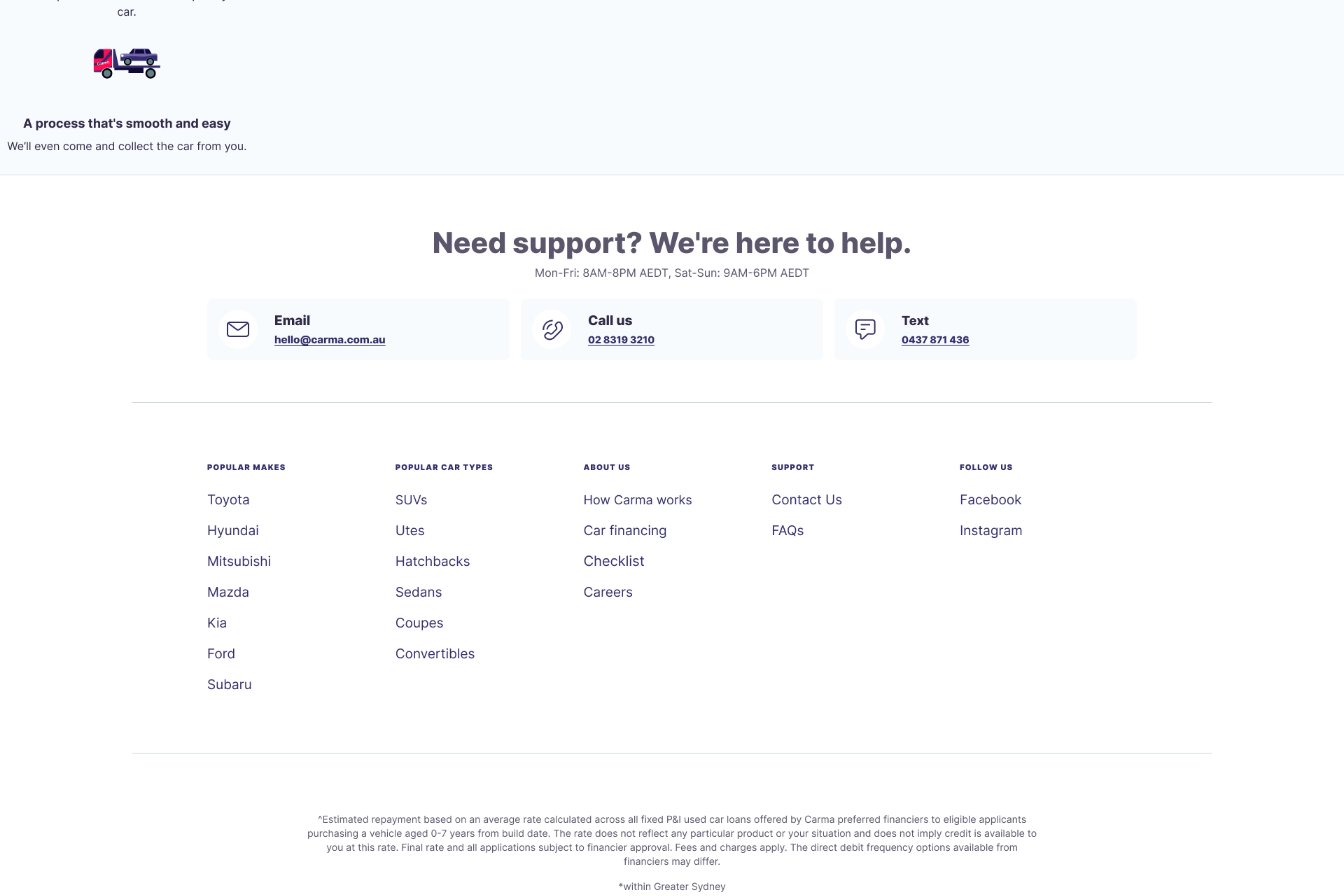
Repository: KHANas02/project
Page: index.html
These files come from the project's save history. The page is drawn as it stood at one moment and after a run of saves; the edit follows.
The browser window is 1280 px wide. The page is 1920 px wide, then 1280 px, so the pictures cover 1920 px, including what lies to the right of the window. The pictures show the part of the page from y = 898 to 2178 px (the page is 2323 px tall before and 1933 px after), at 70% of full size.

Above is the page before, as saved 2024-03-31 21:30:06.

### index.html
<!DOCTYPE html>
<html lang="en">
  <head>
    <meta charset="UTF-8" />
    <meta name="viewport" content="width=device-width, initial-scale=1.0" />
    <title>by_me</title>
  </head>
  <link rel="stylesheet" href="./style.css" />
  <link rel="stylesheet" href="./media.css" />
  <body>
    <div class="div1">
      <div class="section1">
        <div class="section1text">
          <b
            >Sell or trade in your <br />
            car with us</b
          >
          <br />
          <br />

          <img src="Section.png" alt="" class="section1photo" />
        </div>
      </div>
    </div>
    <div class="seciton2">
      <div class="seciton2img1">
        <img src="div img1.png" alt="" />
      </div>
      <div class="seciton2img2">
        <img src="div (2).png" alt="" class="section2img2" />
      </div>
      <div class="seciton2img3">
        <img src="div (3).png" alt="" />
      </div>
    </div>

<div class="footer">
  <img src="Footer.png" alt="" class="footer1">
</div>

  </body>
</html>

### style.css
.section1 {
  width: 100%;
  height: 500px;
  background-image: url(https://s3-alpha-sig.figma.com/img/86fe/255f/e03f2da3b25937c8cb1c2a74028eb3ad?Expires=1712534400&Key-Pair-Id=APKAQ4GOSFWCVNEHN3O4&Signature=pn~z3YThs1wl5Y0Wfhk~03bT84deIkKZy~~ViNb8p7GILtPJxnwJ3nbUUL65ldgiivaH30h7trtS2bEDOwae8yvul9GAZ-YMWeTW7EMM~Ei84BmvK2UWqeqftqZm0PMWPqpVA1lGNVhbxGvyrhY1iEYltm7p5t9OfBln-ZTisd6695e97gCmaWRLMnVwUO5fQ3CYvWKElSl3uRAL2laEn7uDtpQqVEruZXj8KgVYJyjMAWXe~4EXdGHynypWnZdDh958Cdy4LaHzdezNt~HSDZKrSe6S-PqvEwvXFK1EjV-My8TTX0KLEncR6UDPFA5N1mDHXqqrj2ecqQoQMWxfog__);
  background-repeat: no-repeat;
  background-size: cover;
  margin: 0 auto;
}
.section1text {
  font-family: Inter;
  font-size: 30px;
  font-weight: 700;
  line-height: 40px;
  text-align: center;
  color: aliceblue;
  position: relative;
  top: 60px;
}

.section1photo {
  width: 300px;
  height: 300px;
  position: relative;
  top: -15px;
  margin: 0 auto;
}
.section2 {
  display: flex;
    align-items: center;
    justify-content: center;
}
.section3img {
  width: 100%;
  height: 400px;
}
body{
    background-color:  #F8FBFE;
;
margin: 0
auto;
}

### media.css
@media screen and (min-width: 425px) and (max-width: 767px) {
 img {
    display: flex;
    align-items: center;
    justify-content: center;
  }
  .img {
    width: 60%;
    height: auto;
  }
}

After the next 5 saves:
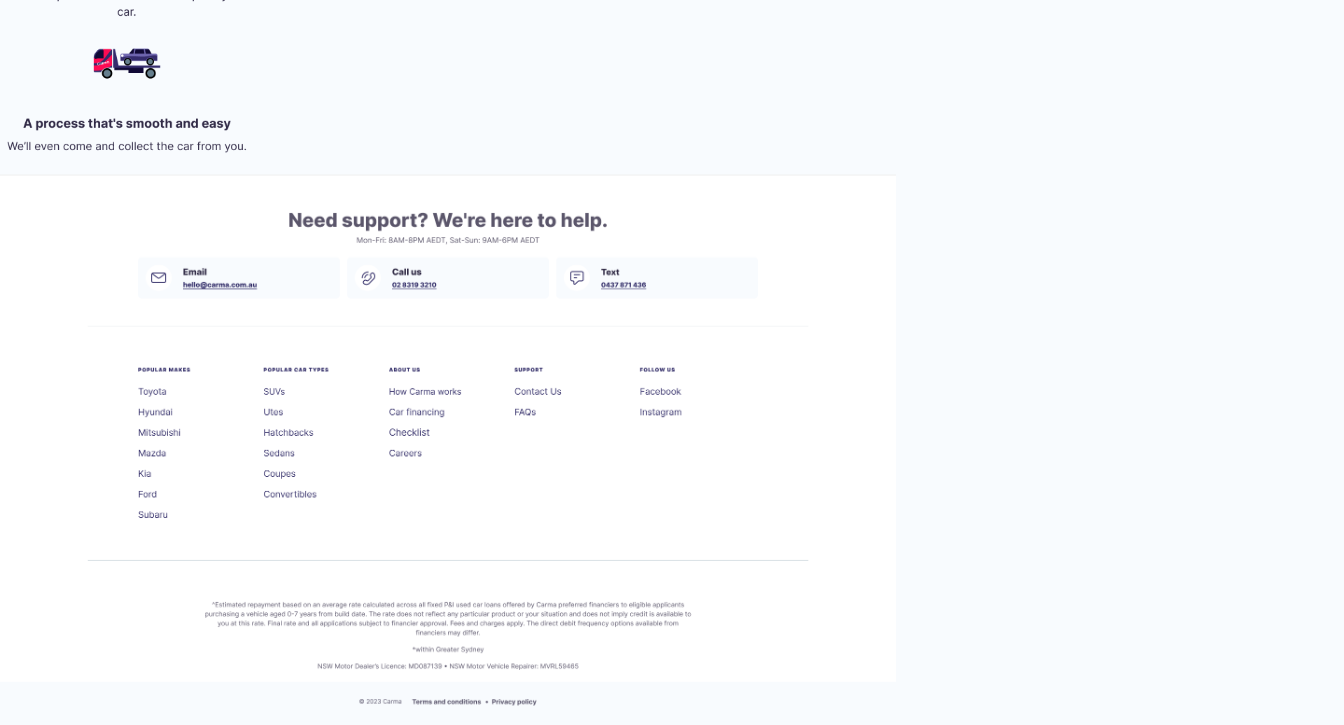
The 5 saves are shown as one change because they came seconds apart.
The last was saved 17 s later.
--- a/style.css
+++ b/style.css
@@ -39,3 +39,7 @@
 margin: 0
 auto;
 }
+.footer1{
+  width: 100%;
+  h
+}
